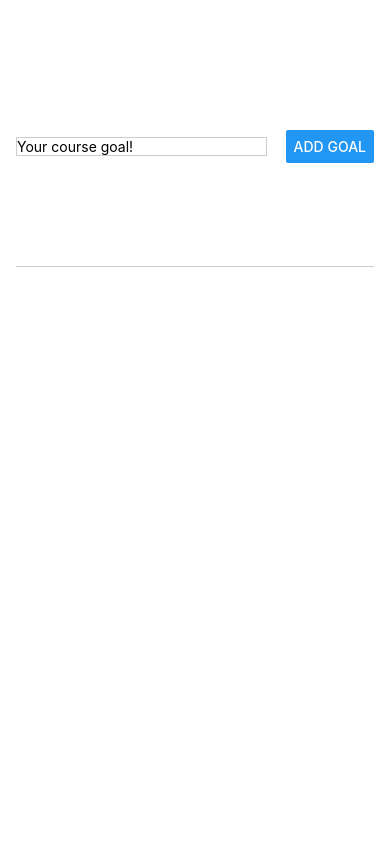
Repository: Ender253/goal-app-react-native
Screen: /, after clicking the first element matching `button.css-view-175oi2r`
An editor plug-in stored every save of this project. The screen is shown before and after the next save, followed by the edit.
The app was drawn by React Native's web renderer in a window 390 px wide. The project was rebuilt for these pictures with package versions that can differ from the ones it lists, and the page was loaded fresh each time.

Above is the screen before, as saved 2022-12-15 11:30:48.

### App.js
import React from 'react';
import {useState} from 'react';
import {StyleSheet, Text, Button, TextInput, View} from 'react-native';

export default function App() {
  const [enteredGoal, setEnteredGoal] = useState();
  const [courseGoals, setcourseGoals] = useState([]);

  function goalInputHandler(enteredText) {
    setEnteredGoal(enteredText);
  }

  function addGoalHandler() {
    setcourseGoals(currentCourseGoals => [...currentCourseGoals, enteredGoal]);
  }

  return (
    <View style={styles.appContainer}>
      <View style={styles.inputContainer}>
        <TextInput
          placeholder="Your course goal!"
          style={styles.inputText}
          onChangeText={goalInputHandler}
        />
        <Button title="Add Goal" onPress={addGoalHandler} />
      </View>
      <View style={styles.goalsContainer}>
        {courseGoals.map(goal => (
          <Text key={goal}>{goal}</Text>
        ))}
      </View>
    </View>
  );
}

const styles = StyleSheet.create({
  appContainer: {
    flex: 1,
    paddingTop: 50,
    paddingHorizontal: 16,
  },
  inputContainer: {
    flex: 1,
    flexDirection: 'row',
    justifyContent: 'space-between',
    alignItems: 'center',
    paddingBottom: 24,
    borderBottomWidth: 1,
    borderBottomColor: '#cccccc',
  },
  inputText: {
    borderWidth: 1,
    borderColor: '#cccccc',
    width: '70%',
  },
  goalsContainer: {
    flex: 3,
  },
  goalItem: {
    margin: 8,
    padding: 8,
    borderRadius: 6,
    backgroundColor: '#5e0acc',
    color: 'white',
  },
});

After the next save:
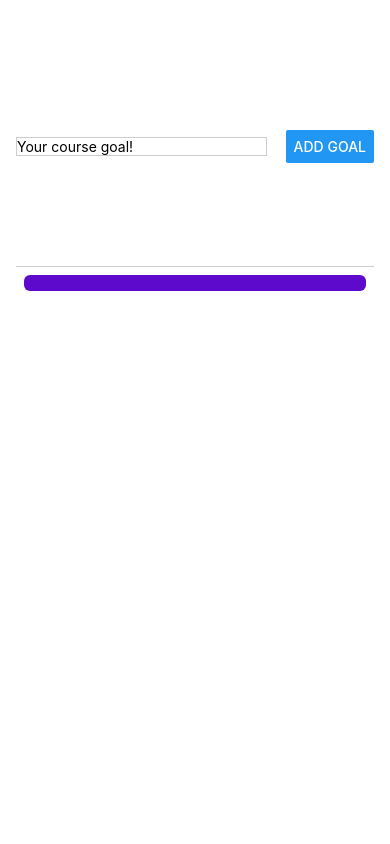
Saved 22 s later.
--- a/App.js
+++ b/App.js
@@ -26,7 +26,9 @@ export default function App() {
       </View>
       <View style={styles.goalsContainer}>
         {courseGoals.map(goal => (
-          <Text key={goal}>{goal}</Text>
+          <Text style={styles.goalItem} key={goal}>
+            {goal}
+          </Text>
         ))}
       </View>
     </View>
